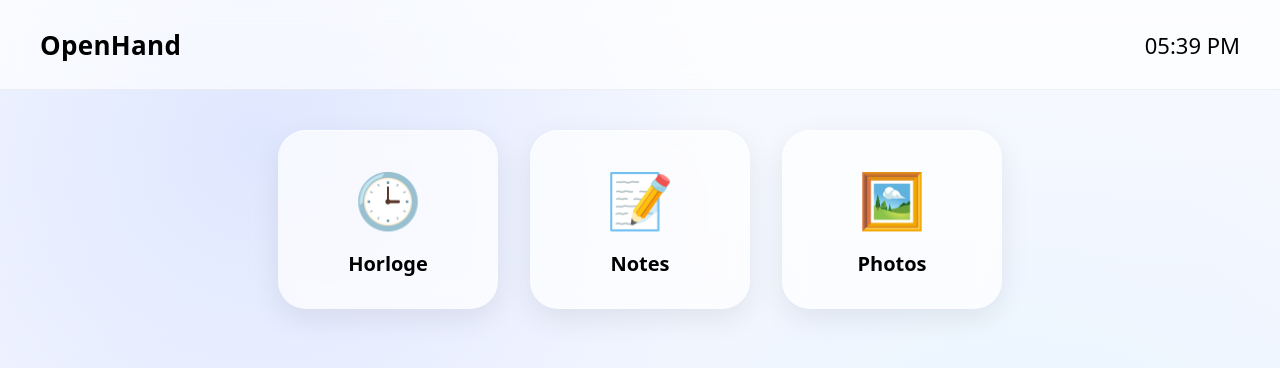
Repository: nlagardere/OpenHand
Page: index.html
These files come from the project's save history. The page is drawn as it stood at one moment and after the next save; the edit follows.
The browser window is 1280 px wide. The pictures show the whole page.

Above is the page before, as saved 2026-01-30 21:30:35.

After the next save:
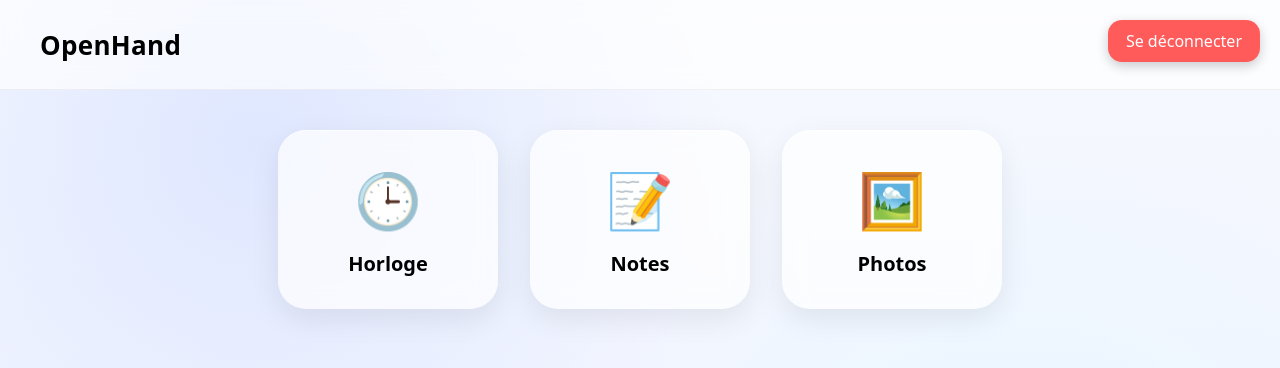
Saved 41 s later.
--- a/index.html
+++ b/index.html
@@ -20,6 +20,40 @@
   <iframe id="appFrame"></iframe>
 </div>
 
+<!-- Place le bouton en haut à droite du launcher ou dans le header -->
+<button id="logoutBtn">Se déconnecter</button>
+
+<script>
+// Pour l'instant, juste une action web-safe
+const logoutBtn = document.getElementById('logoutBtn');
+
+logoutBtn.addEventListener('click', () => {
+    alert("Vous êtes “déconnecté” (web) ✅");
+    // Ici tu peux revenir au launcher ou réinitialiser le DOM
+    // Exemple : fermer toutes les apps ouvertes
+    document.querySelectorAll('iframe').forEach(f => f.remove());
+});
+</script>
+
+<style>
+#logoutBtn {
+    position: fixed;
+    top: 20px;
+    right: 20px;
+    padding: 10px 18px;
+    font-size: 16px;
+    border-radius: 14px;
+    border: none;
+    cursor: pointer;
+    background-color: #ff5b5b;
+    color: white;
+    box-shadow: 0 4px 12px rgba(0,0,0,.2);
+    transition: transform 0.15s ease;
+}
+#logoutBtn:active {
+    transform: scale(0.95);
+}
+</style>
 
 
 <script src="main.js"></script>
